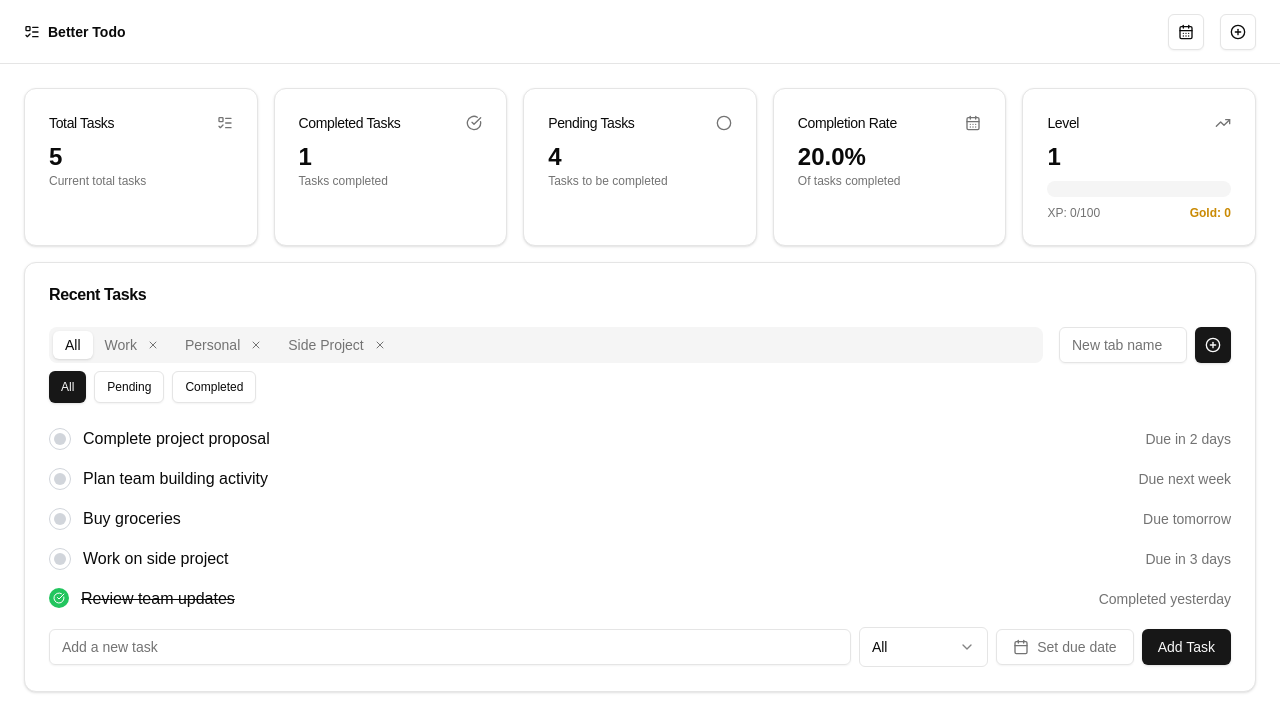
Repository: malikbarbier7/better-todo
Page: /dashboard
The author's editor kept a copy of each file at every save. The page is drawn from the files as they stood at one save, then again after the next save.
The browser window is 1280 px wide. The pictures show the whole page.
The project was rebuilt for these pictures with package versions that can differ from the ones it lists, and the page was loaded fresh each time. The framework's server and built-in components were replaced by stand-ins that run in the browser. Also part of the build but not shown: next.config.js, next.config.mjs, components/ui/calendar.tsx.

Above is the page before, as saved 2024-10-04 13:45:57.

### app/dashboard/page.tsx
import { Dashboard } from '@/components/dashboard'

export default function DashboardPage() {
  return <Dashboard />
}

### components/dashboard.tsx
'use client'

import React from 'react'
import { Button } from "@/components/ui/button"
import { Card, CardContent, CardHeader, CardTitle } from "@/components/ui/card"
import { Input } from "@/components/ui/input"
import { Tabs, TabsContent, TabsList, TabsTrigger } from "@/components/ui/tabs"
import { CalendarDays, CheckCircle, Circle, ListTodo, PlusCircle, X, ChevronDown, TrendingUp, Calendar as CalendarIcon } from "lucide-react"
import { Progress } from "@/components/ui/progress"
import {
  Select,
  SelectContent,
  SelectItem,
  SelectTrigger,
  SelectValue,
} from "@/components/ui/select"
import { Calendar } from "@/components/ui/calendar"
import {
  Popover,
  PopoverContent,
  PopoverTrigger,
} from "@/components/ui/popover"
import { format } from "date-fns"
import { cn } from "@/lib/utils"

export function Dashboard() {
  const [tabs, setTabs] = React.useState(['All', 'Work', 'Personal', 'Side Project'])
  const [activeTab, setActiveTab] = React.useState('All')
  const [newTabName, setNewTabName] = React.useState('')
  const [newTaskName, setNewTaskName] = React.useState('')
  const [newTaskSpace, setNewTaskSpace] = React.useState('All')
  const [newTaskDueDate, setNewTaskDueDate] = React.useState<Date | undefined>(undefined)
  const [tasks, setTasks] = React.useState({
    'All': [
      { id: 1, name: 'Complete project proposal', status: 'pending', category: 'Work', dueDate: 'Due in 2 days' },
      { id: 2, name: 'Review team updates', status: 'completed', category: 'Work', dueDate: 'Completed yesterday' },
      { id: 3, name: 'Plan team building activity', status: 'pending', category: 'Work', dueDate: 'Due next week' },
      { id: 4, name: 'Buy groceries', status: 'pending', category: 'Personal', dueDate: 'Due tomorrow' },
      { id: 5, name: 'Work on side project', status: 'pending', category: 'Side Project', dueDate: 'Due in 3 days' },
    ],
    'Work': [
      { id: 1, name: 'Complete project proposal', status: 'pending', category: 'Work', dueDate: 'Due in 2 days' },
      { id: 2, name: 'Review team updates', status: 'completed', category: 'Work', dueDate: 'Completed yesterday' },
      { id: 3, name: 'Plan team building activity', status: 'pending', category: 'Work', dueDate: 'Due next week' },
    ],
    'Personal': [
      { id: 4, name: 'Buy groceries', status: 'pending', category: 'Personal', dueDate: 'Due tomorrow' },
    ],
    'Side Project': [
      { id: 5, name: 'Work on side project', status: 'pending', category: 'Side Project', dueDate: 'Due in 3 days' },
    ],
  })

  const [taskFilter, setTaskFilter] = React.useState('all')
  const [level, setLevel] = React.useState(1)
  const [xp, setXp] = React.useState(0)
  const [gold, setGold] = React.useState(0)

  const handleAddTab = () => {
    if (newTabName && !tabs.includes(newTabName)) {
      const updatedTabs = [...tabs, newTabName];
      setTabs(updatedTabs);
      setTasks(prevTasks => ({ ...prevTasks, [newTabName]: [] }));
      setActiveTab(newTabName);
      setNewTaskSpace(newTabName); // Mettre à jour l'espace de la nouvelle tâche
      setNewTabName('');
    }
  }

  const handleRemoveTab = (tab: string) => {
    if (tab !== 'All') {
      const newTabs = tabs.filter(t => t !== tab)
      const { [tab]: removedTasks, ...restTasks } = tasks
      setTabs(newTabs)
      setTasks(restTasks)
      setActiveTab('All')
    }
  }

  const handleAddTask = (e: React.FormEvent) => {
    e.preventDefault()
    if (newTaskName) {
      const newTask = {
        id: Date.now(),
        name: newTaskName,
        status: 'pending',
        category: newTaskSpace === 'All' ? 'Uncategorized' : newTaskSpace,
        dueDate: newTaskDueDate ? format(newTaskDueDate, "PPP") : 'Not set'
      }
      setTasks(prevTasks => {
        const updatedTasks = { ...prevTasks };
        if (newTaskSpace !== 'All') {
          updatedTasks[newTaskSpace] = [...(updatedTasks[newTaskSpace] || []), newTask];
        }
        updatedTasks['All'] = [...updatedTasks['All'], newTask];
        return updatedTasks;
      })
      setNewTaskName('')
      setNewTaskDueDate(undefined)
    }
  }

  const handleTaskStatusChange = (taskId: string, newStatus: 'completed' | 'pending') => {
    let xpGained = false;
    setTasks(prevTasks => {
      const updatedTasks = { ...prevTasks };
      for (const category in updatedTasks) {
        updatedTasks[category] = updatedTasks[category]
          .map(task => {
            if (task.id.toString() === taskId) {
              if (task.status === 'pending' && newStatus === 'completed' && !xpGained) {
                // Task is being completed, gain XP and Gold only once
                gainXP(10);
                gainGold();
                xpGained = true;
                // Mettre à jour la date de complétion
                return {
                  ...task,
                  status: newStatus,
                  dueDate: `Completed ${format(new Date(), "MMMM do, yyyy")}`
                };
              } else if (newStatus === 'pending') {
                // Si la tâche est remise en pending, réinitialiser la date
                return { ...task, status: newStatus, dueDate: 'Not set' };
              }
              return { ...task, status: newStatus };
            }
            return task;
          })
          .sort((a, b) => {
            if (a.status === 'pending' && b.status === 'completed') return -1;
            if (a.status === 'completed' && b.status === 'pending') return 1;
            return 0;
          });
      }
      return updatedTasks;
    });
  };

  const gainXP = (amount: number) => {
    setXp(prevXP => {
      let newXP = prevXP + amount;
      let newLevel = level;
      while (newXP >= 100) {
        newXP -= 100;
        newLevel += 1;
      }
      setLevel(newLevel);
      return newXP;
    });
  };

  const gainGold = () => {
    const goldEarned = Math.floor(Math.random() * 5) + 1; // Génère un nombre entre 1 et 5
    setGold(prevGold => prevGold + goldEarned);
  };

  // Calculer le nombre total de tâches
  const totalTasks = tasks['All'].length;

  // Calculer le nombre de tâches complétées
  const completedTasks = tasks['All'].filter(task => task.status === 'completed').length;

  // Calculer le nombre de tâches en attente
  const pendingTasks = totalTasks - completedTasks;

  // Calculer le taux de complétion
  const completionRate = totalTasks > 0 ? ((completedTasks / totalTasks) * 100).toFixed(1) : '0.0';

  const filteredTasks = React.useMemo(() => {
    return (tasks[activeTab] || [])
      .filter(task => {
        if (taskFilter === 'all') return true;
        if (taskFilter === 'pending') return task.status === 'pending';
        if (taskFilter === 'completed') return task.status === 'completed';
        return true;
      })
      .sort((a, b) => {
        // Trier les tâches : pendantes en haut, complétées en bas
        if (a.status === 'pending' && b.status === 'completed') return -1;
        if (a.status === 'completed' && b.status === 'pending') return 1;
        return 0;
      });
  }, [tasks, activeTab, taskFilter]);

  // Mettre à jour newTaskSpace quand activeTab change
  React.useEffect(() => {
    setNewTaskSpace(activeTab);
  }, [activeTab]);

  return (
    <div className="flex flex-col min-h-screen">
      <header className="flex items-center h-16 px-4 border-b shrink-0 md:px-6">
        <nav className="flex-1">
          <ul className="flex items-center gap-4 text-sm font-medium">
            <li className="flex items-center gap-2">
              <ListTodo className="w-4 h-4" />
              <span className="font-bold">Better Todo</span>
            </li>
          </ul>
        </nav>
        <div className="flex items-center gap-4 md:gap-2 lg:gap-4">
          <Button variant="outline" size="icon">
            <CalendarDays className="w-4 h-4" />
            <span className="sr-only">View calendar</span>
          </Button>
          <Button variant="outline" size="icon">
            <PlusCircle className="w-4 h-4" />
            <span className="sr-only">Create new task</span>
          </Button>
        </div>
      </header>
      <main className="flex-1 overflow-auto p-4 md:p-6">
        <div className="grid gap-4 md:grid-cols-3 lg:grid-cols-5">
          <Card>
            <CardHeader className="flex flex-row items-center justify-between pb-2 space-y-0">
              <CardTitle className="text-sm font-medium">Total Tasks</CardTitle>
              <ListTodo className="w-4 h-4 text-muted-foreground" />
            </CardHeader>
            <CardContent>
              <div className="text-2xl font-bold">{totalTasks}</div>
              <p className="text-xs text-muted-foreground">Current total tasks</p>
            </CardContent>
          </Card>
          <Card>
            <CardHeader className="flex flex-row items-center justify-between pb-2 space-y-0">
              <CardTitle className="text-sm font-medium">Completed Tasks</CardTitle>
              <CheckCircle className="w-4 h-4 text-muted-foreground" />
            </CardHeader>
            <CardContent>
              <div className="text-2xl font-bold">{completedTasks}</div>
              <p className="text-xs text-muted-foreground">Tasks completed</p>
            </CardContent>
          </Card>
          <Card>
            <CardHeader className="flex flex-row items-center justify-between pb-2 space-y-0">
              <CardTitle className="text-sm font-medium">Pending Tasks</CardTitle>
              <Circle className="w-4 h-4 text-muted-foreground" />
            </CardHeader>
            <CardContent>
              <div className="text-2xl font-bold">{pendingTasks}</div>
              <p className="text-xs text-muted-foreground">Tasks to be completed</p>
            </CardContent>
          </Card>
          <Card>
            <CardHeader className="flex flex-row items-center justify-between pb-2 space-y-0">
              <CardTitle className="text-sm font-medium">Completion Rate</CardTitle>
              <CalendarDays className="w-4 h-4 text-muted-foreground" />
            </CardHeader>
            <CardContent>
              <div className="text-2xl font-bold">{completionRate}%</div>
              <p className="text-xs text-muted-foreground">Of tasks completed</p>
            </CardContent>
          </Card>
          <Card>
            <CardHeader className="flex flex-row items-center justify-between pb-2 space-y-0">
              <CardTitle className="text-sm font-medium">Level</CardTitle>
              <TrendingUp className="w-4 h-4 text-muted-foreground" />
            </CardHeader>
            <CardContent>
              <div className="text-2xl font-bold">{level}</div>
              <Progress value={(xp / 100) * 100} className="mt-2" />
              <div className="flex justify-between items-center mt-2">
                <p className="text-xs text-muted-foreground">XP: {xp}/100</p>
                <p className="text-xs font-semibold text-yellow-600">Gold: {gold}</p>
              </div>
            </CardContent>
          </Card>
        </div>
        <Card className="mt-4">
          <CardHeader>
            <CardTitle>Recent Tasks</CardTitle>
          </CardHeader>
          <CardContent>
            <Tabs value={activeTab} onValueChange={(value) => {
              setActiveTab(value);
              setNewTaskSpace(value); // Mettre à jour newTaskSpace ici aussi
            }} className="w-full">
              <div className="flex flex-col">
                <div className="mb-4">
                  <div className="flex justify-between items-center">
                    <TabsList className="flex-grow justify-start">
                      {tabs.map((tab) => (
                        <TabsTrigger key={tab} value={tab} className="flex items-center">
                          {tab}
                          {tab !== 'All' && (
                            <Button
                              variant="ghost"
                              size="icon"
                              className="ml-2 h-4 w-4"
                              onClick={(e) => {
                                e.stopPropagation()
                                handleRemoveTab(tab)
                              }}
                            >
                              <X className="h-3 w-3" />
                            </Button>
                          )}
                        </TabsTrigger>
                      ))}
                    </TabsList>
                    <div className="flex items-center space-x-2 ml-4">
                      <Input
                        placeholder="New tab name"
                        value={newTabName}
                        onChange={(e) => setNewTabName(e.target.value)}
                        className="w-32"
                      />
                      <Button onClick={handleAddTab} size="icon">
                        <PlusCircle className="h-4 w-4" />
                      </Button>
                    </div>
                  </div>
                  <div className="flex justify-start mt-2">
                    <div className="flex items-center space-x-2">
                      <Button
                        size="sm"
                        variant={taskFilter === 'all' ? 'default' : 'outline'}
                        onClick={() => setTaskFilter('all')}
                      >
                        All
                      </Button>
                      <Button
                        size="sm"
                        variant={taskFilter === 'pending' ? 'default' : 'outline'}
                        onClick={() => setTaskFilter('pending')}
                      >
                        Pending
                      </Button>
                      <Button
                        size="sm"
                        variant={taskFilter === 'completed' ? 'default' : 'outline'}
                        onClick={() => setTaskFilter('completed')}
                      >
                        Completed
                      </Button>
                    </div>
                  </div>
                </div>
                <div>
                  {tabs.map((tab) => (
                    <TabsContent key={tab} value={tab}>
                      <div className="space-y-4">
                        {filteredTasks.map((task) => (
                          <div key={task.id} className="flex items-center">
                            <div className="relative">
                              {task.status === 'completed' ? (
                                <button
                                  className="p-1 bg-green-500 text-white rounded-full"
                                  onClick={() => handleTaskStatusChange(task.id.toString(), 'pending')}
                                >
                                  <CheckCircle className="w-3 h-3" />
                                </button>
                              ) : (
                                <button
                                  className="p-1 border border-gray-300 rounded-full flex items-center justify-center"
                                  onClick={() => handleTaskStatusChange(task.id.toString(), 'completed')}
                                >
                                  <div className="w-3 h-3 bg-gray-300 rounded-full"></div>
                                </button>
                              )}
                            </div>
                            <span className={`ml-3 flex-1 ${task.status === 'completed' ? 'line-through' : ''}`}>{task.name}</span>
                            <span className="text-sm text-muted-foreground">{task.dueDate}</span>
                          </div>
                        ))}
                      </div>
                      <form onSubmit={handleAddTask} className="mt-4 flex items-center space-x-2">
                        <Input
                          placeholder="Add a new task"
                          value={newTaskName}
                          onChange={(e) => setNewTaskName(e.target.value)}
                          className="flex-grow"
                        />
                        <Select
                          value={tabs.includes(newTaskSpace) ? newTaskSpace : 'All'}
                          onValueChange={setNewTaskSpace}
                        >
                          <SelectTrigger className="w-[180px]">
                            <SelectValue placeholder="Select space" />
                          </SelectTrigger>
                          <SelectContent>
                            {tabs.map((tab) => (
                              <SelectItem key={tab} value={tab}>{tab}</SelectItem>
                            ))}
                          </SelectContent>
                        </Select>
                        <Popover>
                          <PopoverTrigger asChild>
                            <Button
                              variant={"outline"}
                              className={cn(
                                "w-[180px] justify-start text-left font-normal",
                                !newTaskDueDate && "text-muted-foreground"
                              )}
                            >
                              <CalendarIcon className="mr-2 h-4 w-4" />
                              {newTaskDueDate ? format(newTaskDueDate, "PPP") : <span>Set due date</span>}
                            </Button>
                          </PopoverTrigger>
                          <PopoverContent className="w-auto p-0">
                            <Calendar
                              mode="single"
                              selected={newTaskDueDate}
                              onSelect={setNewTaskDueDate}
                              initialFocus
                            />
                          </PopoverContent>
                        </Popover>
                        <Button type="submit">Add Task</Button>
                      </form>
                    </TabsContent>
                  ))}
                </div>
              </div>
            </Tabs>
          </CardContent>
        </Card>
      </main>
    </div>
  )
}

### components/ui/button.tsx
import * as React from "react"
import { Slot } from "@radix-ui/react-slot"
import { cva, type VariantProps } from "class-variance-authority"

import { cn } from "@/lib/utils"

const buttonVariants = cva(
  "inline-flex items-center justify-center whitespace-nowrap rounded-md text-sm font-medium transition-colors focus-visible:outline-none focus-visible:ring-1 focus-visible:ring-ring disabled:pointer-events-none disabled:opacity-50",
  {
    variants: {
      variant: {
        default:
          "bg-primary text-primary-foreground shadow hover:bg-primary/90",
        destructive:
          "bg-destructive text-destructive-foreground shadow-sm hover:bg-destructive/90",
        outline:
          "border border-input bg-background shadow-sm hover:bg-accent hover:text-accent-foreground",
        secondary:
          "bg-secondary text-secondary-foreground shadow-sm hover:bg-secondary/80",
        ghost: "hover:bg-accent hover:text-accent-foreground",
        link: "text-primary underline-offset-4 hover:underline",
      },
      size: {
        default: "h-9 px-4 py-2",
        sm: "h-8 rounded-md px-3 text-xs",
        lg: "h-10 rounded-md px-8",
        icon: "h-9 w-9",
      },
    },
    defaultVariants: {
      variant: "default",
      size: "default",
    },
  }
)

export interface ButtonProps
  extends React.ButtonHTMLAttributes<HTMLButtonElement>,
    VariantProps<typeof buttonVariants> {
  asChild?: boolean
}

const Button = React.forwardRef<HTMLButtonElement, ButtonProps>(
  ({ className, variant, size, asChild = false, ...props }, ref) => {
    const Comp = asChild ? Slot : "button"
    return (
      <Comp
        className={cn(buttonVariants({ variant, size, className }))}
        ref={ref}
        {...props}
      />
    )
  }
)
Button.displayName = "Button"

export { Button, buttonVariants }

### components/ui/input.tsx
import * as React from "react"

import { cn } from "@/lib/utils"

export interface InputProps
  extends React.InputHTMLAttributes<HTMLInputElement> {}

const Input = React.forwardRef<HTMLInputElement, InputProps>(
  ({ className, type, ...props }, ref) => {
    return (
      <input
        type={type}
        className={cn(
          "flex h-9 w-full rounded-md border border-input bg-transparent px-3 py-1 text-sm shadow-sm transition-colors file:border-0 file:bg-transparent file:text-sm file:font-medium file:text-foreground placeholder:text-muted-foreground focus-visible:outline-none focus-visible:ring-1 focus-visible:ring-ring disabled:cursor-not-allowed disabled:opacity-50",
          className
        )}
        ref={ref}
        {...props}
      />
    )
  }
)
Input.displayName = "Input"

export { Input }

### components/ui/progress.tsx
"use client"

import * as React from "react"
import * as ProgressPrimitive from "@radix-ui/react-progress"

import { cn } from "@/lib/utils"

const Progress = React.forwardRef<
  React.ElementRef<typeof ProgressPrimitive.Root>,
  React.ComponentPropsWithoutRef<typeof ProgressPrimitive.Root>
>(({ className, value, ...props }, ref) => (
  <ProgressPrimitive.Root
    ref={ref}
    className={cn(
      "relative h-4 w-full overflow-hidden rounded-full bg-secondary",
      className
    )}
    {...props}
  >
    <ProgressPrimitive.Indicator
      className="h-full w-full flex-1 bg-primary transition-all"
      style={{ transform: `translateX(-${100 - (value || 0)}%)` }}
    />
  </ProgressPrimitive.Root>
))
Progress.displayName = ProgressPrimitive.Root.displayName

export { Progress }

### components/ui/popover.tsx
"use client"

import * as React from "react"
import * as PopoverPrimitive from "@radix-ui/react-popover"

import { cn } from "@/lib/utils"

const Popover = PopoverPrimitive.Root

const PopoverTrigger = PopoverPrimitive.Trigger

const PopoverAnchor = PopoverPrimitive.Anchor

const PopoverContent = React.forwardRef<
  React.ElementRef<typeof PopoverPrimitive.Content>,
  React.ComponentPropsWithoutRef<typeof PopoverPrimitive.Content>
>(({ className, align = "center", sideOffset = 4, ...props }, ref) => (
  <PopoverPrimitive.Portal>
    <PopoverPrimitive.Content
      ref={ref}
      align={align}
      sideOffset={sideOffset}
      className={cn(
        "z-50 w-72 rounded-md border bg-popover p-4 text-popover-foreground shadow-md outline-none data-[state=open]:animate-in data-[state=closed]:animate-out data-[state=closed]:fade-out-0 data-[state=open]:fade-in-0 data-[state=closed]:zoom-out-95 data-[state=open]:zoom-in-95 data-[side=bottom]:slide-in-from-top-2 data-[side=left]:slide-in-from-right-2 data-[side=right]:slide-in-from-left-2 data-[side=top]:slide-in-from-bottom-2",
        className
      )}
      {...props}
    />
  </PopoverPrimitive.Portal>
))
PopoverContent.displayName = PopoverPrimitive.Content.displayName

export { Popover, PopoverTrigger, PopoverContent, PopoverAnchor }

Loaded but not shown: app/layout.tsx (common file); app/globals.css (common file); lib/utils.ts (common file); tailwind.config.ts (common file); components/ui/select.tsx (121 lines, source omitted); components/ui/tabs.tsx (55 lines, source omitted); components/ui/card.tsx (76 lines, source omitted)

After the next save:
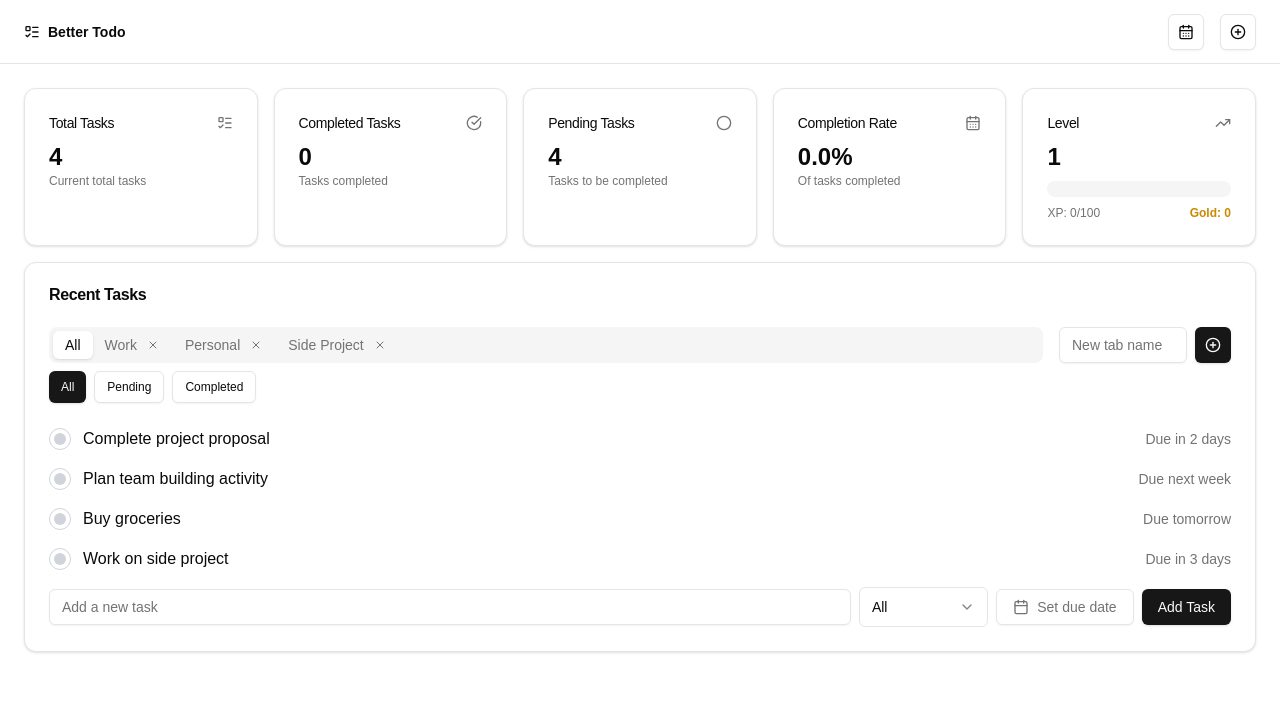
Saved 3 min 6 s later.
--- a/components/dashboard.tsx
+++ b/components/dashboard.tsx
@@ -33,14 +33,12 @@ export function Dashboard() {
   const [tasks, setTasks] = React.useState({
     'All': [
       { id: 1, name: 'Complete project proposal', status: 'pending', category: 'Work', dueDate: 'Due in 2 days' },
-      { id: 2, name: 'Review team updates', status: 'completed', category: 'Work', dueDate: 'Completed yesterday' },
       { id: 3, name: 'Plan team building activity', status: 'pending', category: 'Work', dueDate: 'Due next week' },
       { id: 4, name: 'Buy groceries', status: 'pending', category: 'Personal', dueDate: 'Due tomorrow' },
       { id: 5, name: 'Work on side project', status: 'pending', category: 'Side Project', dueDate: 'Due in 3 days' },
     ],
     'Work': [
       { id: 1, name: 'Complete project proposal', status: 'pending', category: 'Work', dueDate: 'Due in 2 days' },
-      { id: 2, name: 'Review team updates', status: 'completed', category: 'Work', dueDate: 'Completed yesterday' },
       { id: 3, name: 'Plan team building activity', status: 'pending', category: 'Work', dueDate: 'Due next week' },
     ],
     'Personal': [
